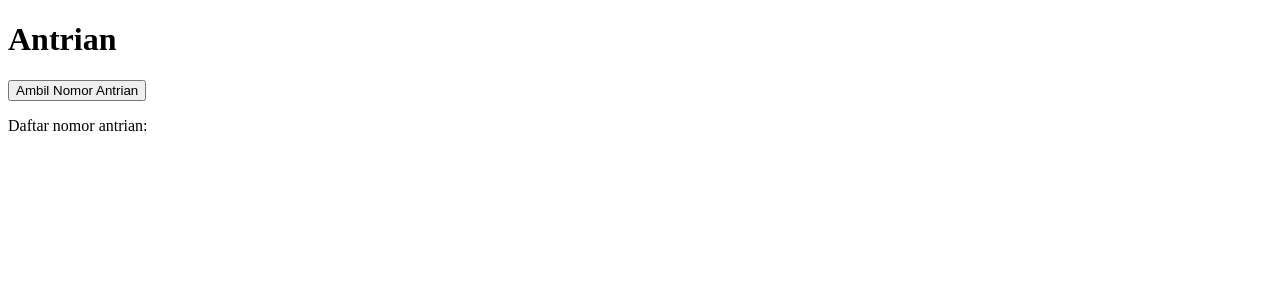
Repository: IwanWinata/AntriApps
Page: Downloads/eclipse-workspace (2)/eclipse-workspace/webAntriApps/AntriApps/src/main/webapp/index.html
These files come from the project's save history. The page is drawn as it stood at one moment and after the next save; the edit follows.
The browser window is 1280 px wide. The pictures show the whole page.

Above is the page before, as saved 2024-01-14 03:51:34.

After the next save:
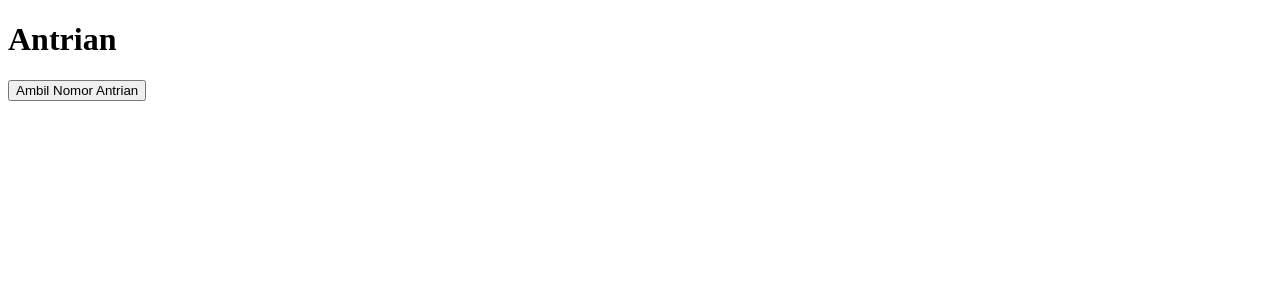
Saved 2 min 32 s later.
--- a/Downloads/eclipse-workspace (2)/eclipse-workspace/webAntriApps/AntriApps/src/main/webapp/index.html
+++ b/Downloads/eclipse-workspace (2)/eclipse-workspace/webAntriApps/AntriApps/src/main/webapp/index.html
@@ -11,7 +11,6 @@
         <input type="submit" value="Ambil Nomor Antrian">
     </form>
 
-    <p>Daftar nomor antrian:</p>
     <ul>
     </ul>
 </body>
